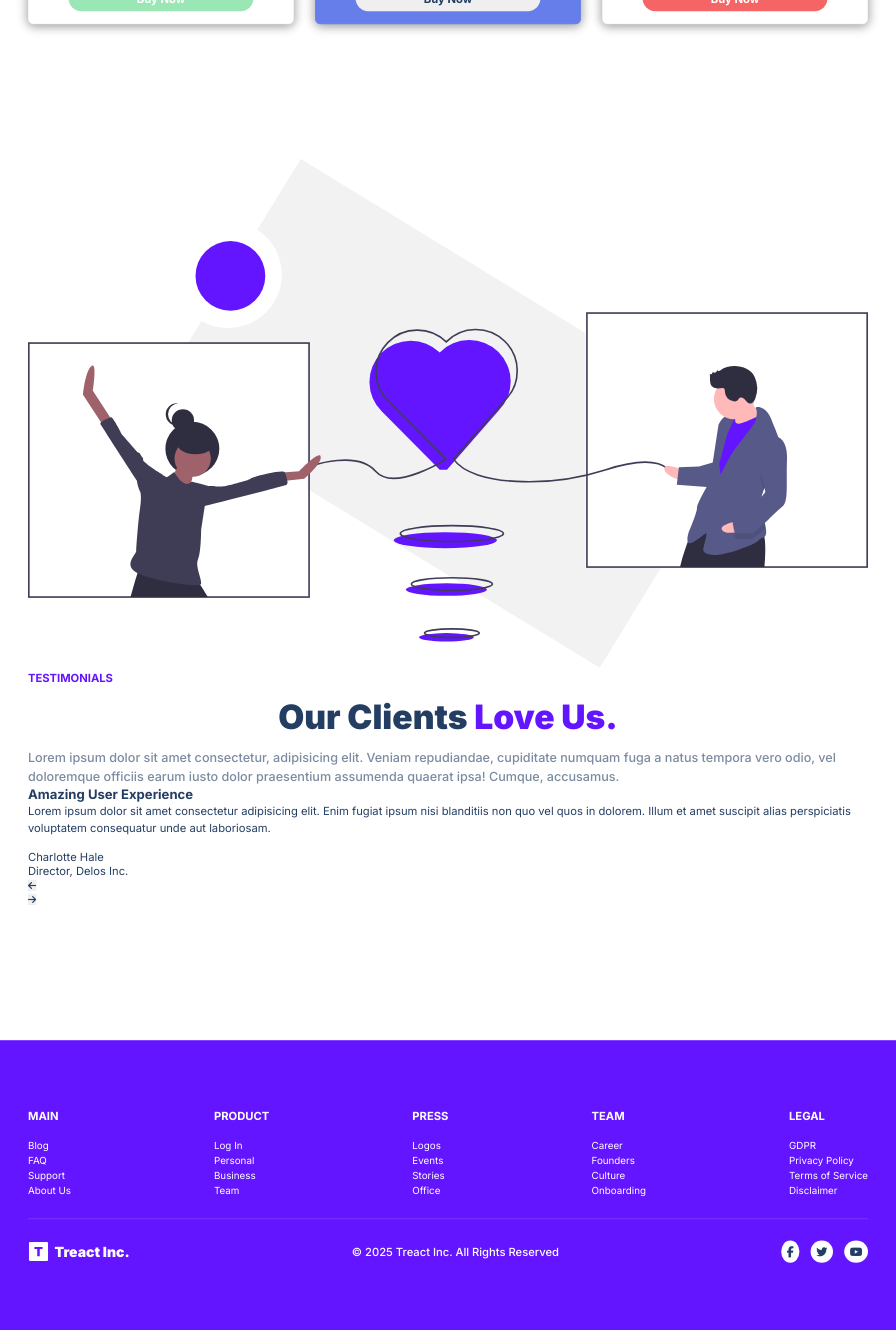
Repository: avivanguyen/m2_fianlProject
Page: index.html
These files come from the project's save history. The page is drawn as it stood at one moment and after the next save; the edit follows.
The browser window is 1280 px wide. The pictures show the part of the page from y = 4450 to 6370 px (the page is 6350 px tall before and 6370 px after), at 70% of full size.
Some web libraries are served in a nearby version.

Above is the page before, as saved 2025-12-11 11:31:34.

After the next save:
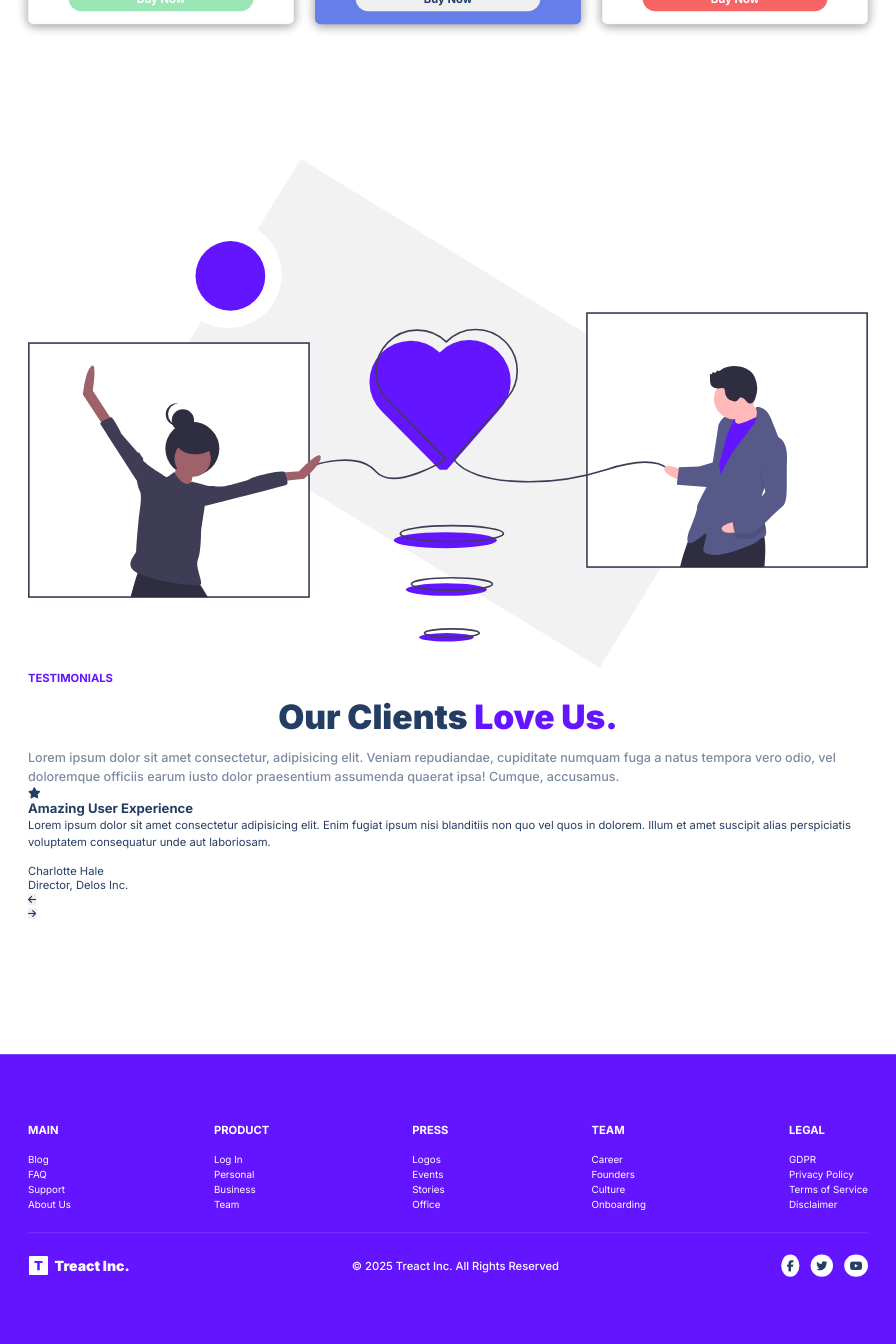
Saved 18 s later.
--- a/index.html
+++ b/index.html
@@ -325,7 +325,7 @@
                         <div class="section__para">Lorem ipsum dolor sit amet consectetur, adipisicing elit. Veniam repudiandae, cupiditate numquam fuga a natus tempora vero odio, vel doloremque officiis earum iusto dolor praesentium assumenda quaerat ipsa! Cumque, accusamus.</div>
                         <div class="testimonial">
                             <div class="testimonial__rating">
-
+                                <i class="fa-solid fa-star"></i>
                             </div>
                             <h3 class="testimonial__title">Amazing User Experience</h3>
                             <p class="testimonail__para">Lorem ipsum dolor sit amet consectetur adipisicing elit. Enim fugiat ipsum nisi blanditiis non quo vel quos in dolorem. Illum et amet suscipit alias perspiciatis voluptatem consequatur unde aut laboriosam.</p>
